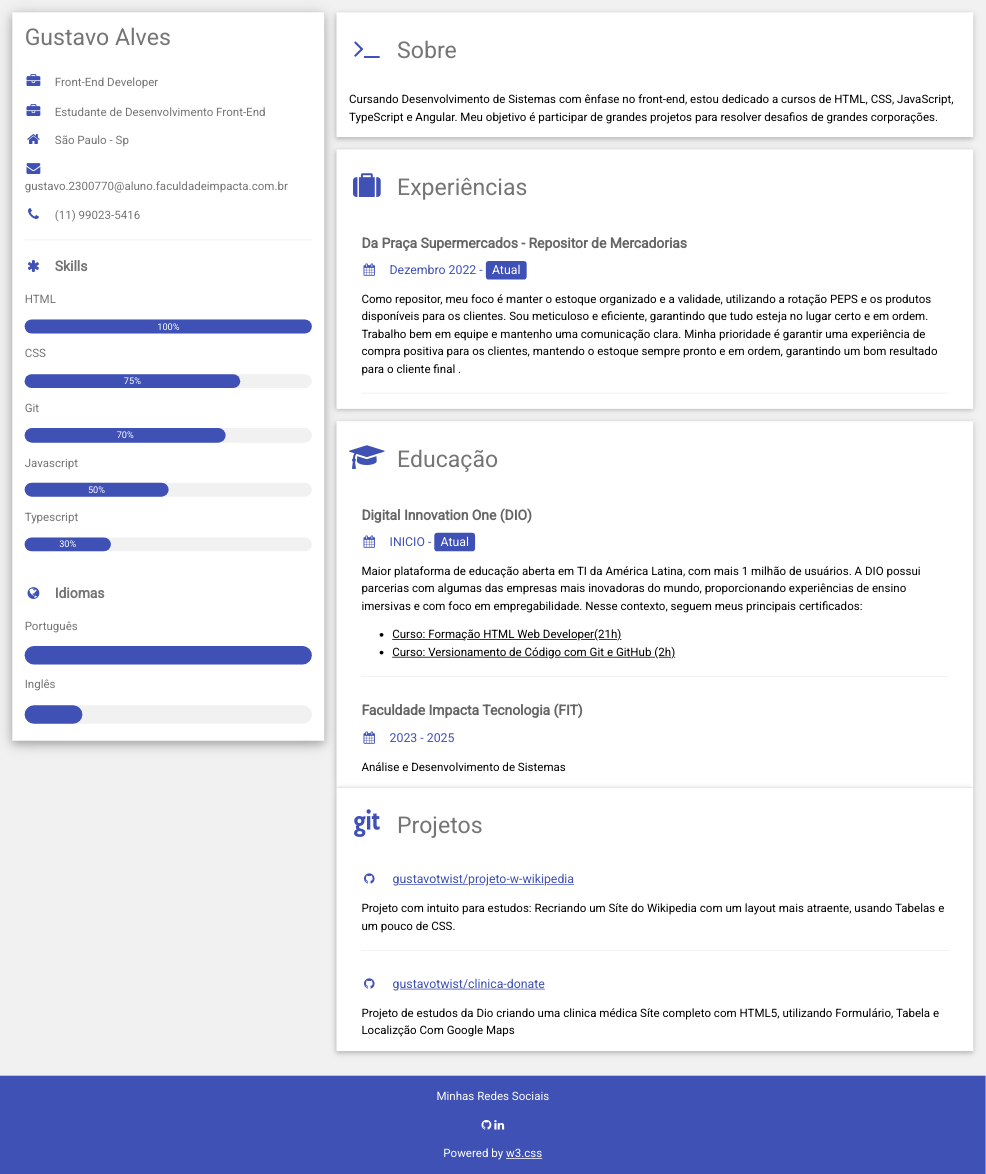
Repository: gustavotwist/cv
Page: index.html
These files come from the project's save history. The page is drawn as it stood at one moment and after a run of saves; the edit follows.
The browser window is 1280 px wide. The pictures show the whole page, at 77% of full size.

Above is the page before, as saved 2024-06-09 22:30:24.

### index.html
<!DOCTYPE html>
<!-- @falvojr: Reference article https://www.w3schools.com/howto/howto_website_create_resume.asp -->
<!-- @falvojr: Useful link to use fontawesome (fa) icons: https://fontawesome.com/v4/icons/ -->
<html lang="pt-BR">

  <head>
    <title>Gustavo Alves</title>

    <meta http-equiv="Content-Type" content="text/html; charset=UTF-8">
    <meta name="viewport" content="width=device-width, initial-scale=1">

    <link rel="stylesheet" href="https://www.w3schools.com/w3css/4/w3.css">
    <link rel='stylesheet' href='https://fonts.googleapis.com/css?family=Roboto'>
    <link rel="stylesheet" href="https://cdnjs.cloudflare.com/ajax/libs/font-awesome/4.7.0/css/font-awesome.min.css">

    <style>
      html,body,h1,h2,h3,h4,h5,h6 {font-family: "Roboto", sans-serif}
    </style>

  </head>

  <body class="w3-light-grey" cz-shortcut-listen="true">

    <!-- Page Container -->
    <div class="w3-content w3-margin-top" style="max-width:1400px;">

      <!-- The Grid -->
      <div class="w3-row-padding">

        <!-- Left Column -->
        <div class="w3-third">

          <div class="w3-white w3-text-grey w3-card-4">
            <!-- @falvojr: This container has been modified to not use a profile picture. -->
            <div class="w3-container">
              <h2>Gustavo Alves</h2>
            </div>
            <div class="w3-container">
              <p><i class="fa fa-briefcase fa-fw w3-margin-right w3-large w3-text-indigo"></i>Front-End Developer</p>
              <p><i class="fa fa-briefcase fa-fw w3-margin-right w3-large w3-text-indigo"></i>Estudante de Desenvolvimento Front-End</p>
              <p><i class="fa fa-home fa-fw w3-margin-right w3-large w3-text-indigo"></i>São Paulo - Sp</p>
              <p><i class="fa fa-envelope fa-fw w3-margin-right w3-large w3-text-indigo"></i>gustavo.2300770@aluno.faculdadeimpacta.com.br</p>
              <p><i class="fa fa-phone fa-fw w3-margin-right w3-large w3-text-indigo"></i>(11) 99023-5416</p>
              <hr>

              <p class="w3-large">
                <b><i class="fa fa-asterisk fa-fw w3-margin-right w3-text-indigo"></i>Skills</b>
              </p>
              <p>HTML</p>
              <div class="w3-light-grey w3-round-xlarge w3-small">
                <div class="w3-container w3-center w3-round-xlarge w3-indigo" style="width:100%">100%</div>
              </div>
              <p>CSS</p>
              <div class="w3-light-grey w3-round-xlarge w3-small">
                <div class="w3-container w3-center w3-round-xlarge w3-indigo" style="width:75%">75%</div>
              </div>
              <p>Git</p>
              <div class="w3-light-grey w3-round-xlarge w3-small">
                <div class="w3-container w3-center w3-round-xlarge w3-indigo" style="width:70%">70%</div>
              </div>
              <p>Javascript</p>
              <div class="w3-light-grey w3-round-xlarge w3-small">
                <div class="w3-container w3-center w3-round-xlarge w3-indigo" style="width:50%">50%</div>
              </div>
              <p>Typescript</p>
              <div class="w3-light-grey w3-round-xlarge w3-small">
                <div class="w3-container w3-center w3-round-xlarge w3-indigo" style="width:30%">30%</div>
              </div>
              <br>
              <p class="w3-large w3-text-theme">
                <b><i class="fa fa-globe fa-fw w3-margin-right w3-text-indigo"></i>Idiomas</b>
              </p>
              <p>Português</p>
              <div class="w3-light-grey w3-round-xlarge">
                <div class="w3-round-xlarge w3-indigo" style="height:24px;width:100%"></div>
              </div>
              <p>Inglês</p>
              <div class="w3-light-grey w3-round-xlarge">
                <div class="w3-round-xlarge w3-indigo" style="height:24px;width:20%"></div>
              </div>
              <br>
            </div>
          </div><br>

          <!-- End Left Column -->
        </div>

        <!-- Right Column -->
        <div class="w3-twothird">

          <div class="w3-container w3-card w3-white w3-margin-bottom">
            <h2 class="w3-text-grey w3-padding-16"><i class="fa fa-terminal fa-fw w3-margin-right w3-xxlarge w3-text-indigo"></i>Sobre</h2>
            <p>Cursando Desenvolvimento de Sistemas com ênfase no front-end, estou dedicado a cursos de HTML, CSS, JavaScript, TypeScript e Angular. Meu objetivo é participar de grandes projetos para resolver desafios de grandes corporações.</p>
          </div>

          <div class="w3-container w3-card w3-white w3-margin-bottom">
            <h2 class="w3-text-grey w3-padding-16">
              <i class="fa fa-suitcase fa-fw w3-margin-right w3-xxlarge w3-text-indigo"></i>Experiências
            </h2>
            <div class="w3-container">
              <h5 class="w3-opacity"><b>Da Praça Supermercados - Repositor de Mercadorias</b></h5>
              <h6 class="w3-text-indigo"><i class="fa fa-calendar fa-fw w3-margin-right"></i>Dezembro 2022 - <span class="w3-tag w3-indigo w3-round">Atual</span></h6>
              <p>Como repositor, meu foco é manter o estoque organizado e a validade, utilizando a rotação PEPS e os produtos disponíveis para os clientes. Sou meticuloso e eficiente, garantindo que tudo esteja no lugar certo e em ordem. Trabalho bem em equipe e mantenho uma comunicação clara. Minha prioridade é garantir uma experiência de compra positiva para os clientes, mantendo o estoque sempre pronto e em ordem, garantindo um bom resultado para o cliente final .</p>
              <hr>
            </div>
          </div>

          <div class="w3-container w3-card w3-white">
            <h2 class="w3-text-grey w3-padding-16">
              <i class="fa fa-graduation-cap fa-fw w3-margin-right w3-xxlarge w3-text-indigo"></i>Educação
            </h2>
            <div class="w3-container">
              <h5 class="w3-opacity"><b>Digital Innovation One (DIO)</b></h5>
              <h6 class="w3-text-indigo"><i class="fa fa-calendar fa-fw w3-margin-right"></i>INICIO - <span class="w3-tag w3-indigo w3-round">Atual</span></h6>
              <p>
                Maior plataforma de educação aberta em TI da América Latina, com mais 1 milhão de usuários.
                A DIO possui parcerias com algumas das empresas mais inovadoras do mundo, proporcionando experiências
                de ensino imersivas e com foco em empregabilidade. Nesse contexto, seguem meus principais certificados:
              </p>
              <ul>
                <li><a href="https://www.dio.me/certificate/VDSNYTO5" target="_blank">Curso: Formação HTML Web Developer(21h)</a></li>
                <li><a href="https://www.dio.me/certificate/EA66CA6A" target="_blank">Curso: Versionamento de Código com Git e GitHub (2h)</a></li>
              </ul>
              <hr>
            </div>
            <div class="w3-container">
              <h5 class="w3-opacity"><b>Faculdade Impacta Tecnologia (FIT)</b></h5>
              <h6 class="w3-text-indigo"><i class="fa fa-calendar fa-fw w3-margin-right"></i>2023 - 2025</h6>
              <p>Análise e Desenvolvimento de Sistemas</p>
            </div>
          </div>

          <div class="w3-container w3-card w3-white w3-margin-bottom">
            <h2 class="w3-text-grey w3-padding-16">
              <i class="fa fa-git fa-fw w3-margin-right w3-xxlarge w3-text-indigo"></i>Projetos
            </h2>
            <div class="w3-container">
              <h6 class="w3-text-indigo">
                <i class="fa fa-github fa-fw w3-margin-right"></i>
                <a href="https://github.com/gustavotwist/projeto-w-wikipedia" target="_blank">gustavotwist/projeto-w-wikipedia</a>
              </h6>
              <p>Projeto com intuito para estudos: Recriando um Síte do Wikipedia com um layout mais atraente, usando Tabelas e um pouco de CSS.</p>
              <hr>
            </div>
            <div class="w3-container">
              <h6 class="w3-text-indigo">
                <i class="fa fa-github fa-fw w3-margin-right"></i>
                <a href="https://github.com/gustavotwist/clinica-donate" target="_blank">gustavotwist/clinica-donate</a>
              </h6>
              <p>Projeto de estudos da Dio criando uma clinica médica Síte completo com HTML5, utilizando Formulário, Tabela e Localizção Com Google Maps</p>
            </div>
          </div>

          <!-- End Right Column -->
        </div>

        <!-- End Grid -->
      </div>

      <!-- End Page Container -->
    </div>

    <footer class="w3-container w3-indigo w3-center w3-margin-top">
      <p>Minhas Redes Sociais</p>
      <a href="https://github.com/gustavotwist" target="_blank"><i class="fa fa-github w3-hover-opacity"></i></a>
      <a href="https://www.linkedin.com/in/gustavoalves7/" target="_blank"><i class="fa fa-linkedin w3-hover-opacity"></i></a>
      <p>Powered by <a href="https://www.w3schools.com/w3css/default.asp" target="_blank">w3.css</a></p>
    </footer>

  </body>

</html>

After the next 2 saves:
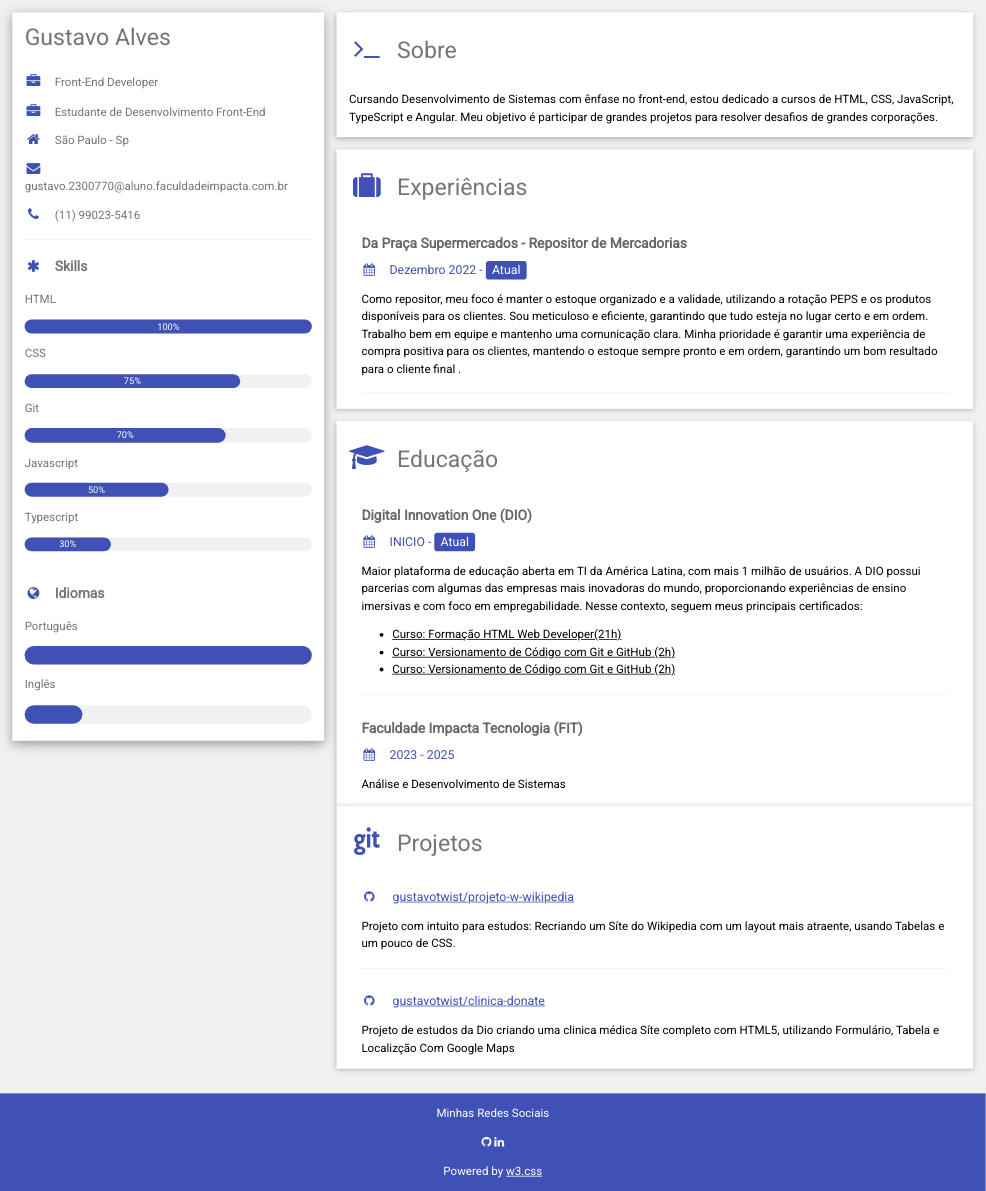
The 2 saves are shown as one change because they came seconds apart.
The last was saved 9 days later.
--- a/index.html
+++ b/index.html
@@ -120,6 +120,7 @@
               <ul>
                 <li><a href="https://www.dio.me/certificate/VDSNYTO5" target="_blank">Curso: Formação HTML Web Developer(21h)</a></li>
                 <li><a href="https://www.dio.me/certificate/EA66CA6A" target="_blank">Curso: Versionamento de Código com Git e GitHub (2h)</a></li>
+                <li><a href="https://www.dio.me/certificate/EA66CA6A" target="_blank">Curso: Versionamento de Código com Git e GitHub (2h)</a></li>
               </ul>
               <hr>
             </div>
